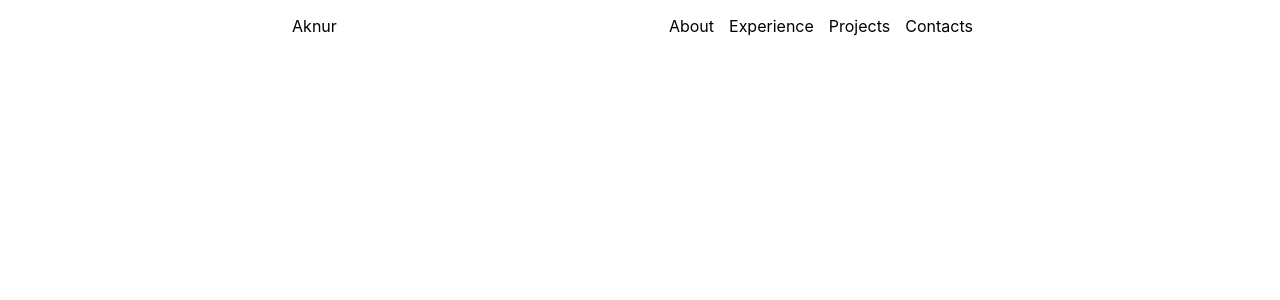
Repository: aknurkappar/nfactorial-portfolio-app-03-03-2022
Page: /
These files come from the project's save history. The page is drawn as it stood at one moment and after a run of saves; the edit follows.
The browser window is 1280 px wide. The pictures show the whole page.
The project was rebuilt for these pictures with package versions that can differ from the ones it lists, and the page was loaded fresh each time. Also part of the build but not shown: src/App.css.

Above is the page before, as saved 2023-03-03 20:46:03.

### src/App.js
import './App.css';
import { Header } from "./components/Header"

function App() {
  return (
    <>
    <Header />
    </>

  );
}

export default App;

### src/components/Header/index.js
import "./index.css"


 class Menu{
    constructor(name){
        this.name = name;
        this.isActive = false;
    }
 }

 const menues = [
    new Menu("About"),
    new Menu("Experience"),
    new Menu("Projects"),
    new Menu("Contacts"),
 ]


 export const Header = () => {
    return (
        <div className="header">

            <p>Aknur</p>
            <ul className="menu-items">{
                menues.map(menu => (
                    <li>{menu.name}</li>
                ))
            }</ul>


        </div>
    )
 }

### src/components/Header/index.css
.menu-items{
    display: flex;
    flex-direction: row;

}


.menu-items li{
    list-style-type: none;
    margin-right: 15px;
}

.header{
    display: flex;
    align-items: center;
    justify-content: space-evenly;
}

Loaded but not shown: public/index.html (common file); src/index.js (common file); src/index.css (common file)

After the next 2 saves:
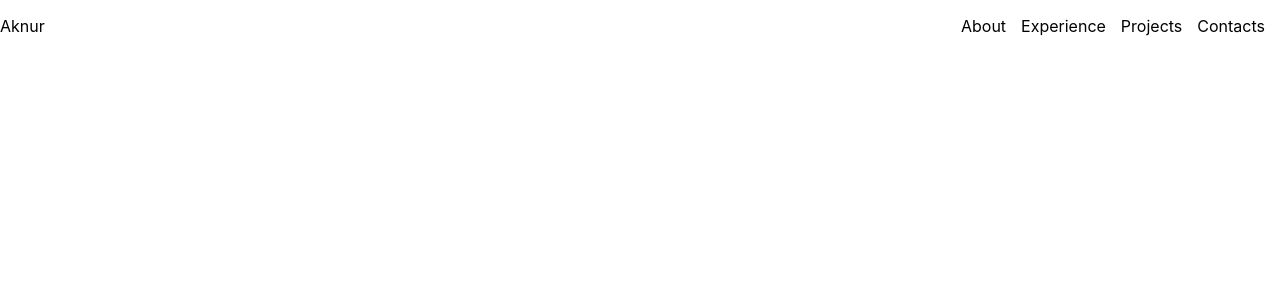
The 2 saves are shown as one change because they came seconds apart.
The last was saved 8 s later.
--- a/src/components/Header/index.css
+++ b/src/components/Header/index.css
@@ -13,5 +13,5 @@
 .header{
     display: flex;
     align-items: center;
-    justify-content: space-evenly;
+    justify-content: space-between;
 }
